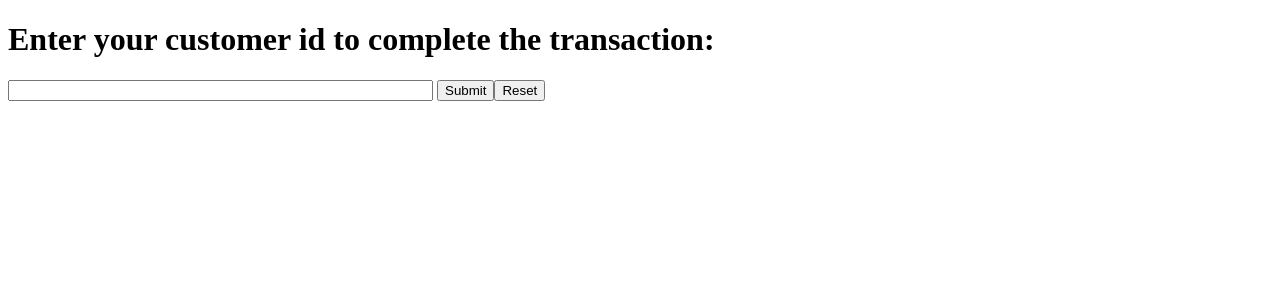
Repository: rstevenson6/304Project
Page: http://localhost/GroupProject/checkout.jsp
An editor plug-in stored every save of this project. The page is shown before and after the next save, followed by the edit.
The browser window is 1280 px wide. The pictures show the whole page.
The page is served by Tomcat 9. Other server files are loaded and not shown.

Above is the page before, as saved 2016-11-22 06:06:21.

### GroupProject/WebContent/checkout.jsp
<!DOCTYPE html>
<html>
<head>
<title>Ray's Grocery CheckOut Line</title>
</head>
<body>

<h1>Enter your customer id to complete the transaction:</h1>

<form method="get" action="order.jsp">
<input type="text" name="customerId" size="50">
<input type="submit" value="Submit"><input type="reset" value="Reset">
</form>

</body>
</html>

After the next save:
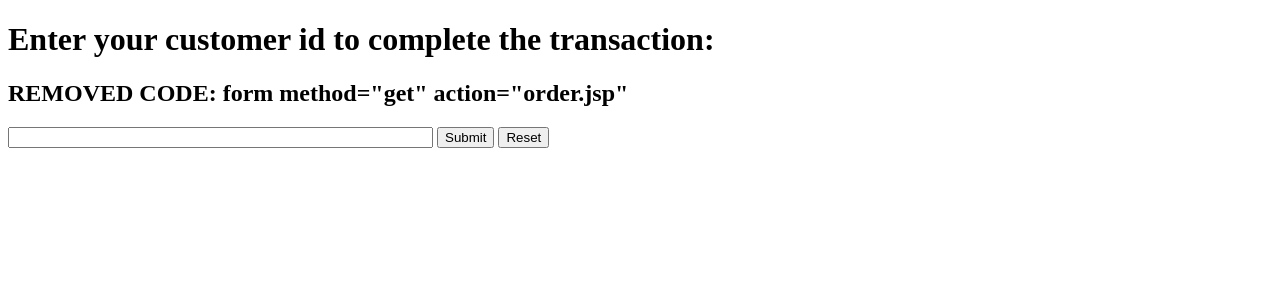
Saved 2 min 13 s later.
--- a/GroupProject/WebContent/checkout.jsp
+++ b/GroupProject/WebContent/checkout.jsp
@@ -1,15 +1,15 @@
 <!DOCTYPE html>
 <html>
 <head>
-<title>Ray's Grocery CheckOut Line</title>
+<title>NeXt CheckOut Line</title>
 </head>
 <body>
 
 <h1>Enter your customer id to complete the transaction:</h1>
-
-<form method="get" action="order.jsp">
+<h2> REMOVED CODE: form method="get" action="order.jsp" </h2>
+<form method="get" action="Login.jsp">
 <input type="text" name="customerId" size="50">
-<input type="submit" value="Submit"><input type="reset" value="Reset">
+<input type="submit" value="Submit"> <input type="reset" value="Reset">
 </form>
 
 </body>
